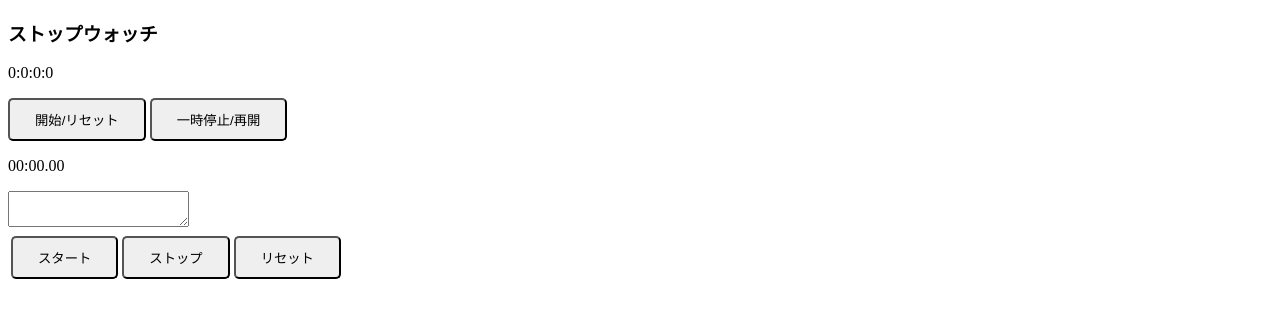
Repository: syokaturyou/potepan
Page: stop.html
The author's editor kept a record of every edit. The page is drawn from the files as they stood at one moment, then again after the next edit.
The browser window is 1280 px wide. The pictures show the whole page.

Above is the page before.
Console error: TypeError: Cannot read properties of null (reading 'addEventListener')

After the next edit:
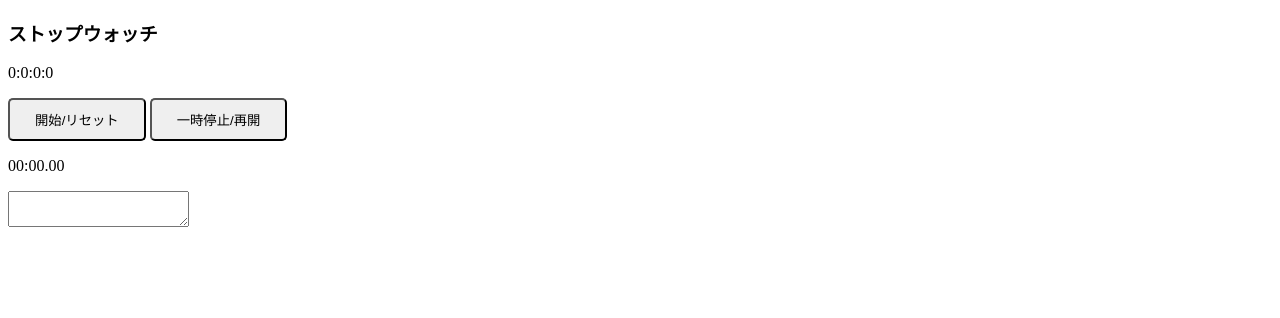
The edit:
--- a/stop.html
+++ b/stop.html
@@ -16,12 +16,11 @@
           <tr>
             0:0:0:0
           </tr>
-          <tr>
-            <th><button class="buttona">スタート</button></th>
-            <th><button class="buttonb">ストップ</button></th>
-            <th><button class="buttonc">リセット</button></th>
-          </tr>
-
+          <!--<tr>-->
+          <!--  <th><button class="buttona">スタート</button></th>-->
+          <!--  <th><button class="buttonb">ストップ</button></th>-->
+          <!--  <th><button class="buttonc">リセット</button></th>-->
+          <!--</tr>-->
           <p><button id="start">開始/リセット</button>
              <button id="pause">一時停止/再開</button>
              <!--<button id="wrap">ラップ</button>-->
